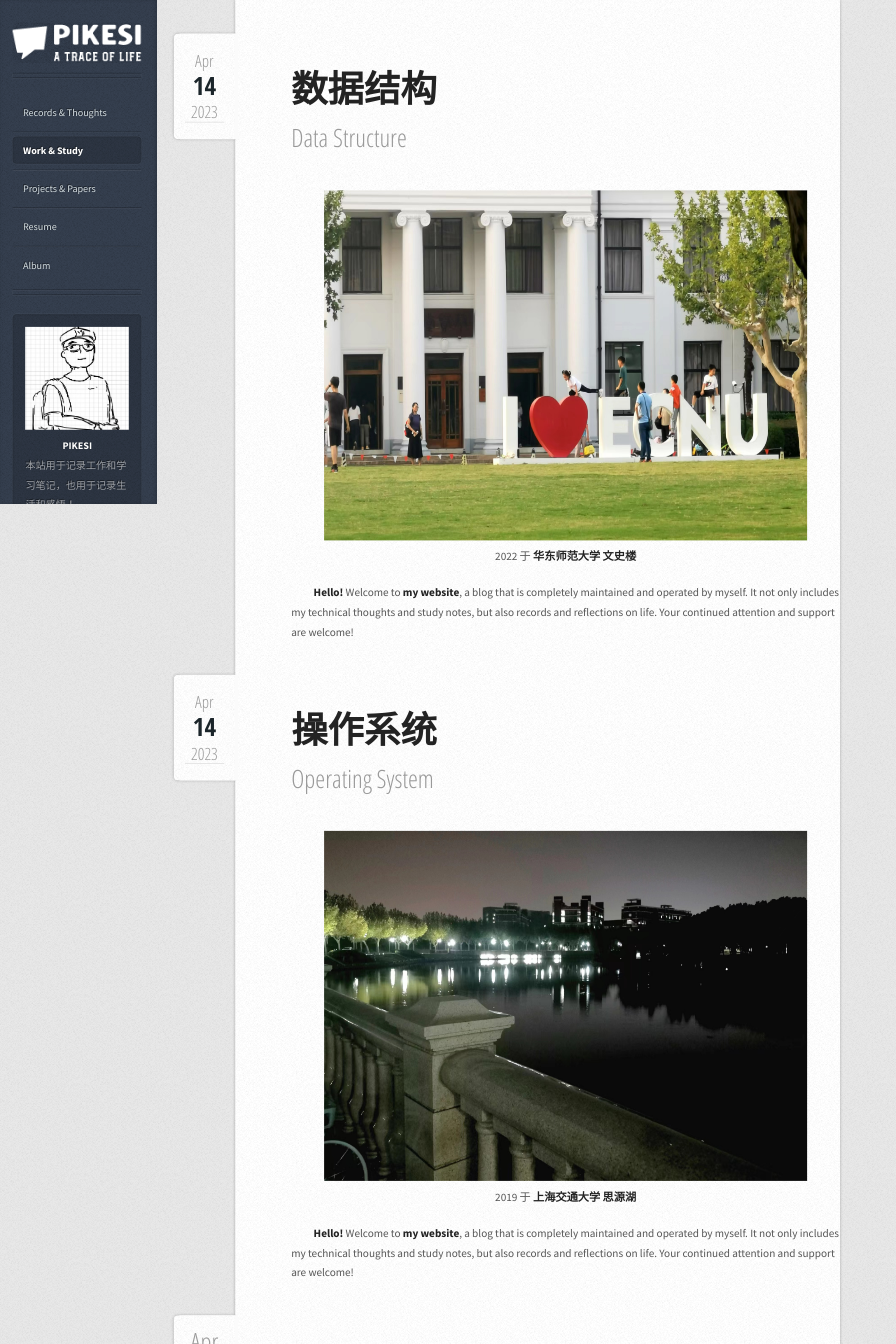
Repository: PiKesi522/PiKesi522.github.io
Page: note.html
An editor plug-in stored every save of this project. The page is shown before and after the next save, followed by the edit.
The browser window is 1280 px wide. The pictures show the part of the page from y = 0 to 1920 px (the page is 3790 px tall before and 4706 px after), at 70% of full size.

Above is the page before, as saved 2023-04-12 20:04:19.

### note.html
<!DOCTYPE HTML>
<!--
	Striped by HTML5 UP
	html5up.net | @ajlkn
	Free for personal and commercial use under the CCA 3.0 license (html5up.net/license)
-->
<html>

<head>
	<title>PiKesi's Home on the Internet</title>
	<meta charset="utf-8" />
	<meta name="viewport" content="width=device-width, initial-scale=1, user-scalable=no" />
	<link rel="stylesheet" href="assets/css/main.css" />
</head>

<body class="is-preload">

	<!-- Content -->
	<div id="content">
		<div class="inner">

			<!-- 数据结构 -->
			<article class="box post post-excerpt">
				<header>
					<h2><a href="Notes/DataStucture/main.html">数据结构</a></h2>
					<p>Data Structure</p>
				</header>
				<div class="info">
					<span class="date">
						<span class="month">Apr</span>
						<span class="day">14</span>
						<span class="year">2023</span>
					</span>

				</div>
				<a href="Notes/DataStucture/main.html" class="image featured">
					<img width="1000px" height="500px" src="Notes/DataStucture/head.jpg" alt="" />
				</a>
				<div style="text-align: center; margin: 0 0 1.5em 0;">2022 于 <strong>华东师范大学 文史楼</strong></div>
				<div style=" text-indent:2em">
					<strong>Hello!</strong> Welcome to <strong> my website</strong>,
					a blog that is completely maintained and operated by myself.
					It not only includes my technical thoughts and study notes,
					but also records and reflections on life.
					Your continued attention and support are welcome!
				</div>
			</article>

			<!-- 操作系统 -->
			<article class="box post post-excerpt">
				<header>
					<h2><a href="Notes/OperatingSystem/main.md">操作系统</a></h2>
					<p>Operating System</p>
				</header>
				<div class="info">
					<span class="date">
						<span class="month">Apr</span>
						<span class="day">14</span>
						<span class="year">2023</span>
					</span>
				</div>
				<a href="Notes/OperatingSystem/main.md" class="image featured">
					<img width="1000px" height="500px" src="Notes/OperatingSystem/head.jpg" alt="" />
				</a>
				<div style="text-align: center; margin: 0 0 1.5em 0;">2019 于 <strong>上海交通大学 思源湖</strong></div>
				<div style=" text-indent:2em">
					<strong>Hello!</strong> Welcome to <strong> my website</strong>,
					a blog that is completely maintained and operated by myself.
					It not only includes my technical thoughts and study notes,
					but also records and reflections on life.
					Your continued attention and support are welcome!
				</div>
			</article>

			<!-- 计算机网络 -->
			<article class="box post post-excerpt">
				<header>
					<h2><a href="Notes/ComputerNetworking/main.md">计算机网络</a></h2>
					<p>Computer Networking</p>
				</header>
				<div class="info">
					<span class="date">
						<span class="date">
							<span class="month">Apr</span>
							<span class="day">14</span>
							<span class="year">2023</span>
						</span>
					</span>

				</div>
				<a href="Notes/ComputerNetworking/main.md" class="image featured">
					<img width="1000px" height="500px" src="Notes/ComputerNetworking/head.jpg" alt="" />
				</a>
				<div style="text-align: center; margin: 0 0 1.5em 0;">2019 于 <strong>复旦大学 光华楼</strong></div>
				<div style=" text-indent:2em">
					<strong>Hello!</strong> Welcome to <strong> my website</strong>,
					a blog that is completely maintained and operated by myself.
					It not only includes my technical thoughts and study notes,
					but also records and reflections on life.
					Your continued attention and support are welcome!
				</div>
			</article>

			<!-- 计算机组成与结构 -->
			<article class="box post post-excerpt">
				<header>
					<h2><a href="Notes/ComputerOrgnization/main.md">计算机组成与结构</a></h2>
					<p>Computer Organization and Structure</p>
				</header>
				<div class="info">
					<span class="date">
						<span class="date">
							<span class="month">Apr</span>
							<span class="day">14</span>
							<span class="year">2023</span>
						</span>
					</span>

				</div>
				<a href="Notes/ComputerOrgnization/main.md" class="image featured">
					<img width="1000px" height="500px" src="Notes/ComputerOrgnization/head.jpg" alt="" />
				</a>
				<div style="text-align: center; margin: 0 0 1.5em 0;">2023 于 <strong>香港大学 前</strong></div>
				<div style=" text-indent:2em">
					<strong>Hello!</strong> Welcome to <strong> my website</strong>,
					a blog that is completely maintained and operated by myself.
					It not only includes my technical thoughts and study notes,
					but also records and reflections on life.
					Your continued attention and support are welcome!
				</div>
			</article>

		</div>
	</div>

	<!-- Sidebar -->
	<div id="sidebar">
		<script>
			fetch('sidebar.html')
				.then(response => response.text())
				.then(data => {
					// 获取文本字符串中的每一行
					const lines = data.split('\n');
					// 修改第三行
					lines[14] = "        <li class='current'><a href='/note.html'>Work & Study</a></li>\n";
					// 将修改后的文本字符串重新加载到myDiv元素中
					document.getElementById('sidebar').innerHTML = lines.join('');
				});
		</script>
	</div>

	<!-- Scripts -->
	<script src="assets/js/jquery.min.js"></script>
	<script src="assets/js/browser.min.js"></script>
	<script src="assets/js/breakpoints.min.js"></script>
	<script src="assets/js/util.js"></script>
	<script src="assets/js/main.js"></script>

</body>

</html>

### sidebar.html
<!-- Logo -->
<h1 id="logo">
    <a href="/index.html">
        <img style="width: 100%;" src="/assets/images/head1.png" alt="Logo">
        <!-- <div style="margin: 0.5em 0 0 0;">
					PiKesi
				</div> -->
    </a>
</h1>

<!-- Nav -->
<nav id="nav">
    <ul>
        <li><a href="/life.html">Records & Thoughts</a></li>
        <li><a href="/note.html">Work & Study</a></li>
        <li><a href="/projects.html">Projects & Papers</a></li>
        <li><a href="/resume.html">Resume</a></li>
        <li><a href="/photos.html">Album</a></li>
        <!-- <li><a href="#">Contact Me</a></li> -->
    </ul>
</nav>

<!-- Text -->
<section class="box text-style1">
    <div class="inner">
        <img style="width: 100%; margin: 0;" src="/assets/images/icon1.jpg" alt="Logo">
        <div style="text-align: center;">
            <strong> PIKESI </strong>
            <br />
            <!-- <strong> 爱 coding，更爱生活</strong> -->
        </div>
        <p>
            本站用于记录工作和学习笔记，也用于记录生活和感悟！
        </p>
        <div style="display: flex; justify-content: space-between; align-items: center;">
            <a style="float: left; flex: 1;" href="https://github.com/PiKesi522/PiKesi522.github.io/issues">提供建议</a>
            <!-- <span style="border-left: 10px black solid;" ></span> -->
            <a style="float: right;" href="https://github.com/PiKesi522/PiKesi522.github.io/issues">反馈问题</a>
        </div>
    </div>
</section>

Loaded but not shown: assets/js/jquery.min.js (library); assets/js/browser.min.js (common file); assets/js/breakpoints.min.js (common file); assets/css/fontawesome-all.min.css (library); assets/js/util.js (587 lines, source omitted); assets/css/main.css (3019 lines, source omitted); public/assets/js/main.js (no copy from this time; the picture is the same without it)

After the next save:
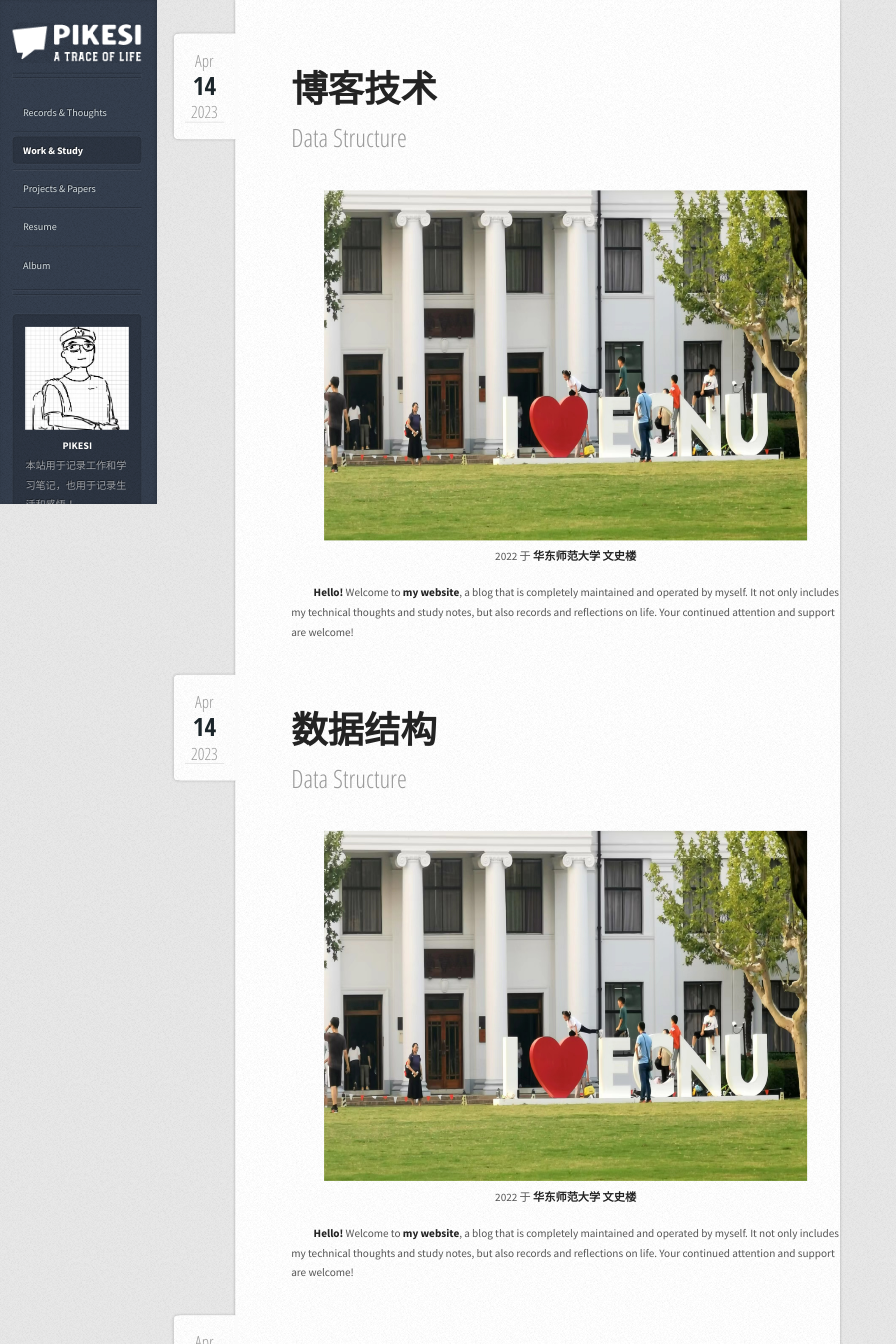
Saved 4 min 40 s later.
--- a/note.html
+++ b/note.html
@@ -18,6 +18,34 @@
 	<!-- Content -->
 	<div id="content">
 		<div class="inner">
+
+
+			<!-- 博客 -->
+			<article class="box post post-excerpt">
+				<header>
+					<h2><a href="Notes/Blog/main.html">博客技术</a></h2>
+					<p>Data Structure</p>
+				</header>
+				<div class="info">
+					<span class="date">
+						<span class="month">Apr</span>
+						<span class="day">14</span>
+						<span class="year">2023</span>
+					</span>
+
+				</div>
+				<a href="Notes/Blog/main.html" class="image featured">
+					<img width="1000px" height="500px" src="Notes/Blog/head.jpg" alt="" />
+				</a>
+				<div style="text-align: center; margin: 0 0 1.5em 0;">2022 于 <strong>华东师范大学 文史楼</strong></div>
+				<div style=" text-indent:2em">
+					<strong>Hello!</strong> Welcome to <strong> my website</strong>,
+					a blog that is completely maintained and operated by myself.
+					It not only includes my technical thoughts and study notes,
+					but also records and reflections on life.
+					Your continued attention and support are welcome!
+				</div>
+			</article>
 
 			<!-- 数据结构 -->
 			<article class="box post post-excerpt">
